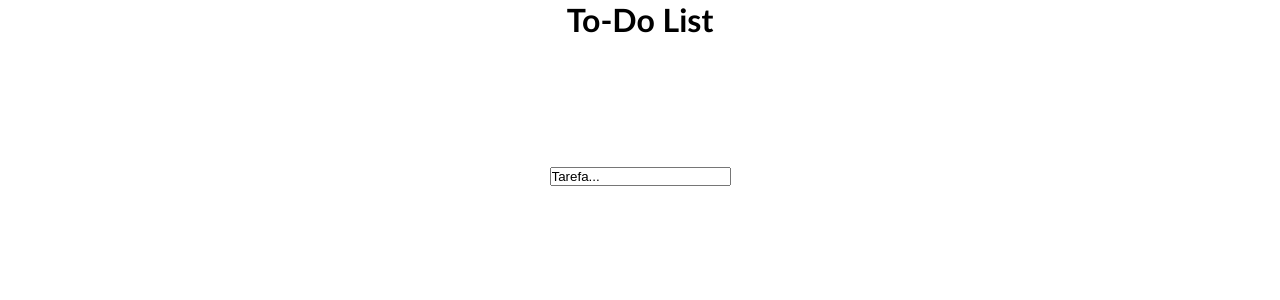
Repository: PetersonAntonyDev/python-flask-
Page: index.html
The author's editor kept a copy of each file at every save. The page is drawn from the files as they stood at one save, then again after the next save.
The browser window is 1280 px wide. The pictures show the whole page.

Above is the page before, as saved 2022-07-26 10:04:10.

### index.html
<!DOCTYPE html>
<html lang="en">
<head>
    <meta charset="UTF-8">
    <meta http-equiv="X-UA-Compatible" content="IE=edge">
    <meta name="viewport" content="width=device-width, initial-scale=1.0">
    <link rel="stylesheet" href="/style.css">
    <title>To-Do LIst</title>
</head>
<body>
    <header>
        <h1>To-Do List</h1>
    </header>
    <main>
        <form action="" method="get">
            <input type="text" name="task" id="task" value="Tarefa...">
        </form>
    </main>
</body>
</html>

### style.css
* {
    margin: 0;
    padding: 0;
}

body{
    display: flex;
    justify-content: center;
    align-items: center;
    flex-direction: column;
}

header {
    margin-bottom: 10%;
    font-family: 'Gill Sans', 'Gill Sans MT', Calibri, 'Trebuchet MS', sans-serif;
    font-size: 1rem;
}

After the next save:
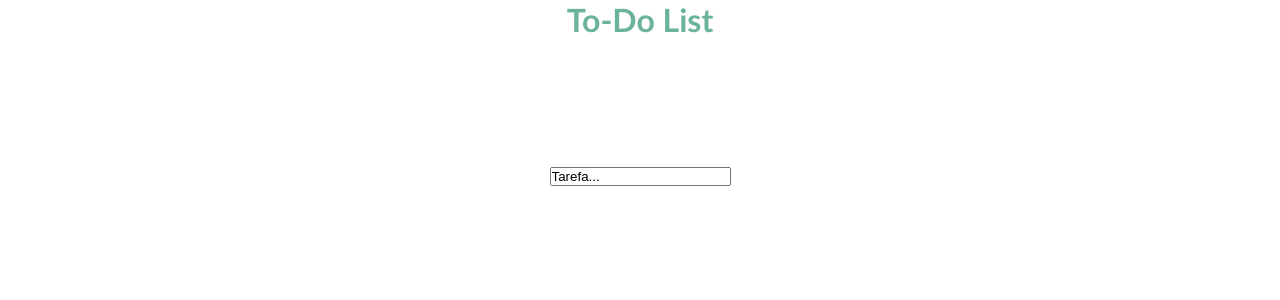
Saved 40 s later.
--- a/style.css
+++ b/style.css
@@ -14,4 +14,5 @@ header {
     margin-bottom: 10%;
     font-family: 'Gill Sans', 'Gill Sans MT', Calibri, 'Trebuchet MS', sans-serif;
     font-size: 1rem;
+    color: #6bb39b;
 }
